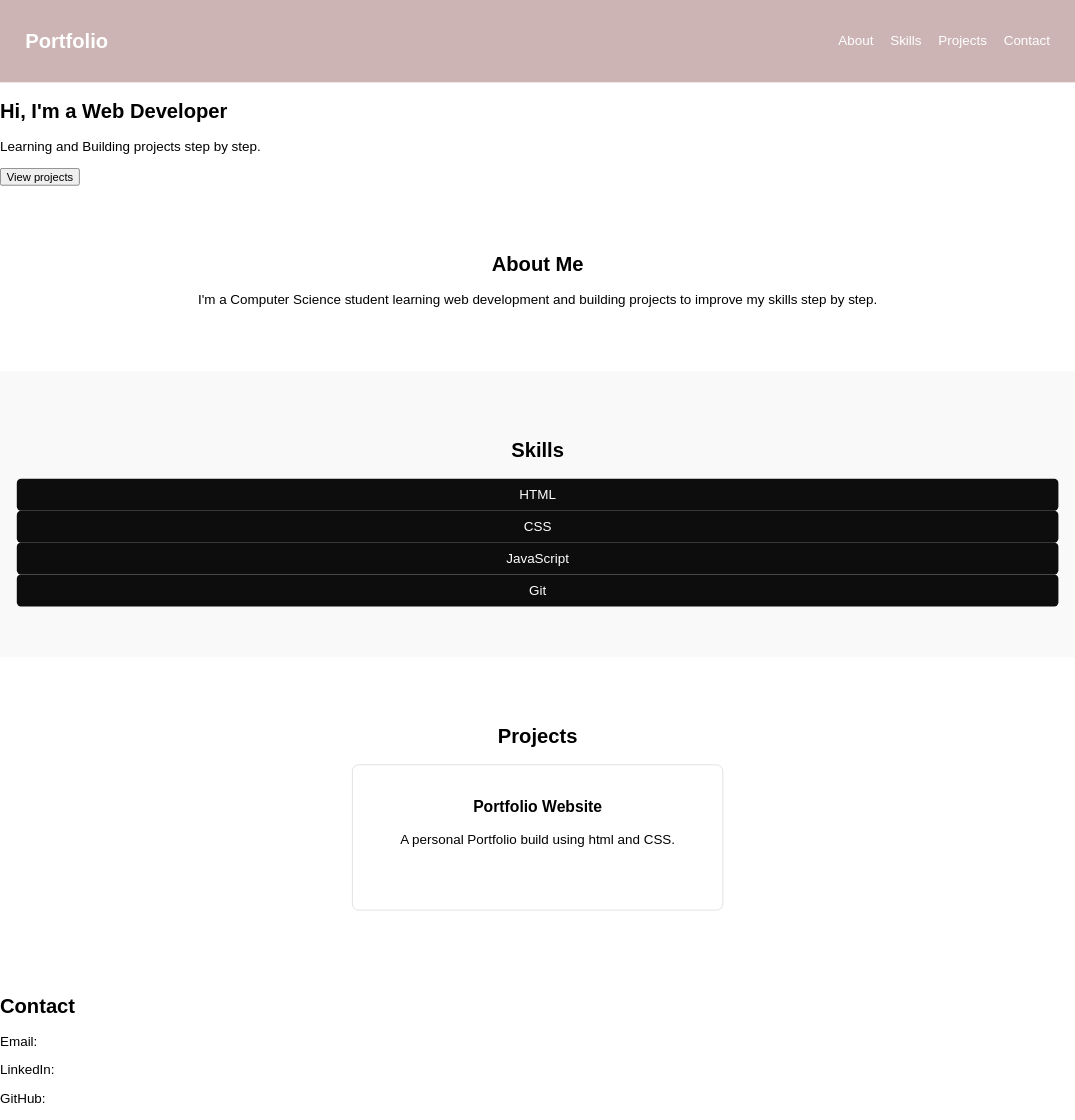
Repository: syeda-naqvi-hub/Portfolio-website
Page: python/portfolio/index.html
These files come from the project's save history. The page is drawn as it stood at one moment and after the next save; the edit follows.
The browser window is 1280 px wide. The pictures show the whole page, at 84% of full size.

Above is the page before, as saved 2026-02-07 11:47:13.

After the next save:
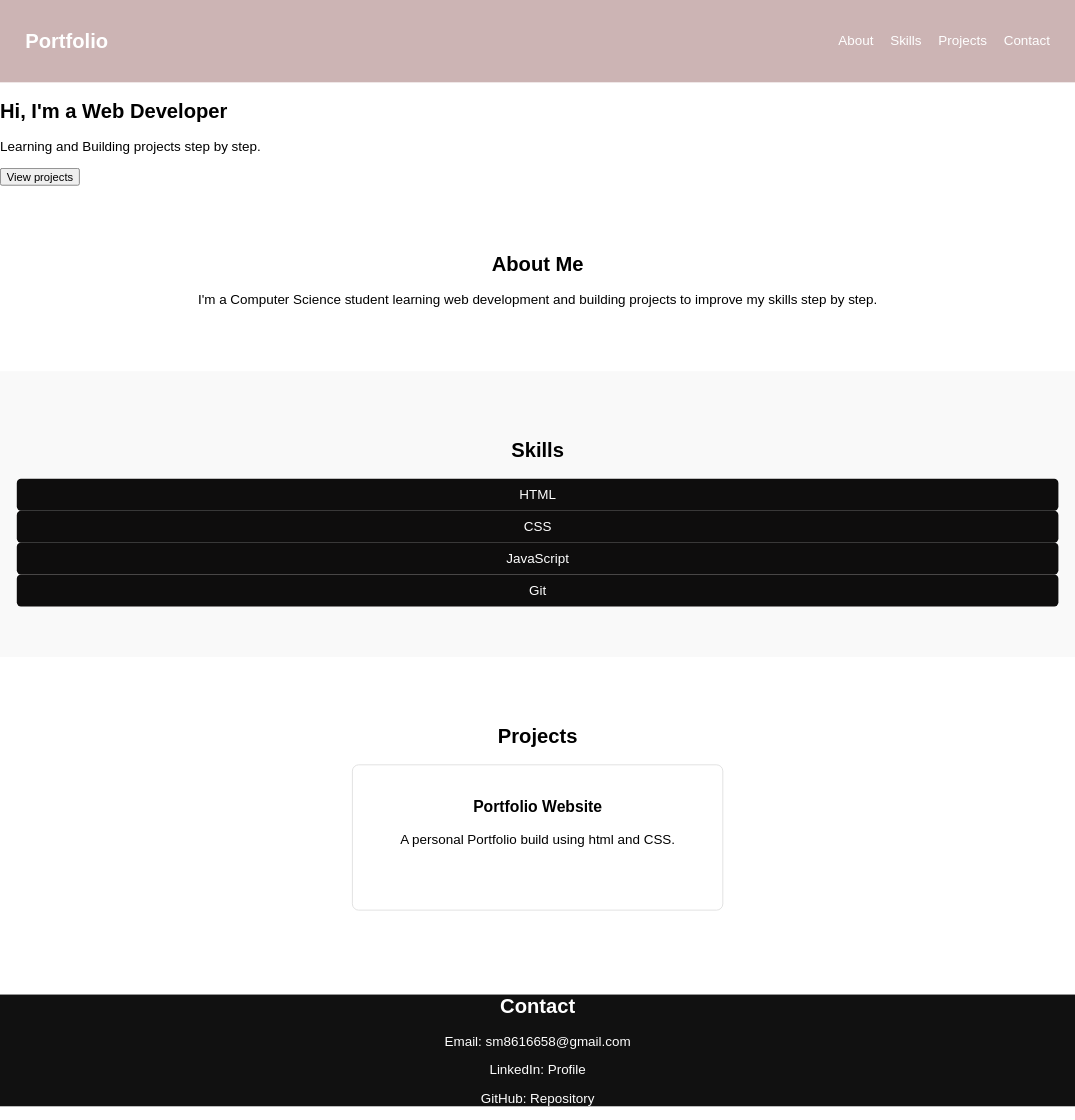
Saved 2 min 35 s later.
--- a/python/portfolio/style.css
+++ b/python/portfolio/style.css
@@ -65,7 +65,7 @@ a {
     margin: 10px;
     display: inline-block;
 }
-.Contact {
+.contact {
     background: #111;
     color: white;
     padding: 40x;
